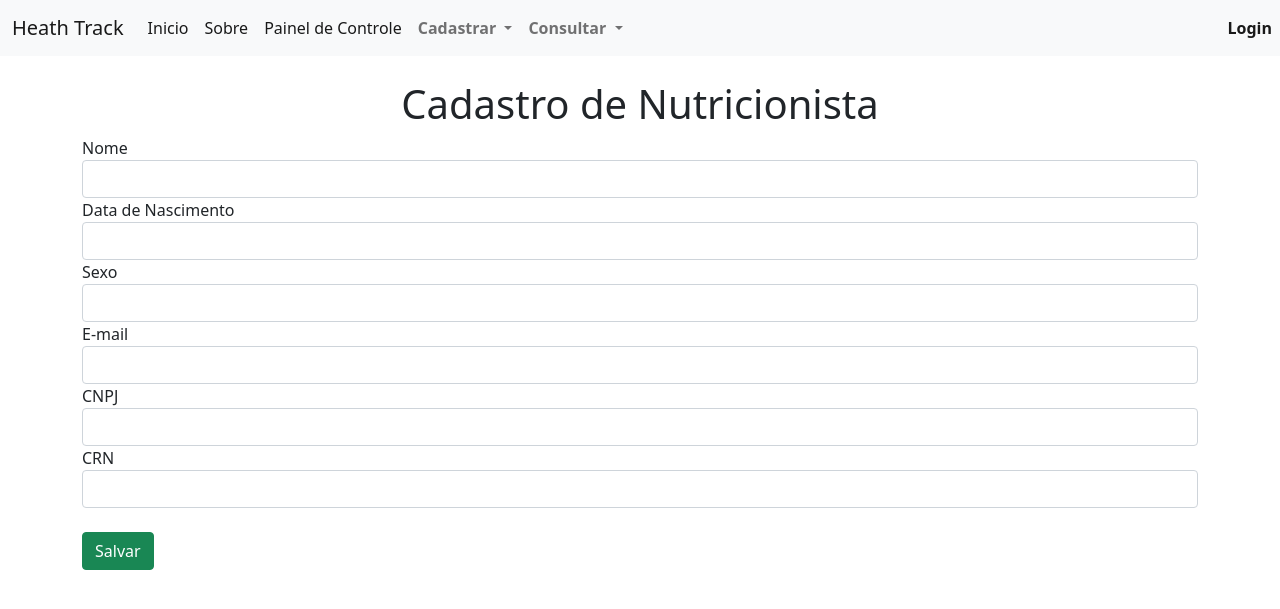
Repository: FellipySantos/HealthTrack_Finalizado
Page: http://localhost/JSPs/cadastro-treinador.jsp
These files come from the project's save history. The page is drawn as it stood at one moment and after the next save; the edit follows.
The browser window is 1280 px wide. The pictures show the whole page.
The page is served by Tomcat 9.

Above is the page before, as saved 2021-11-16 02:27:33.

After the next save:
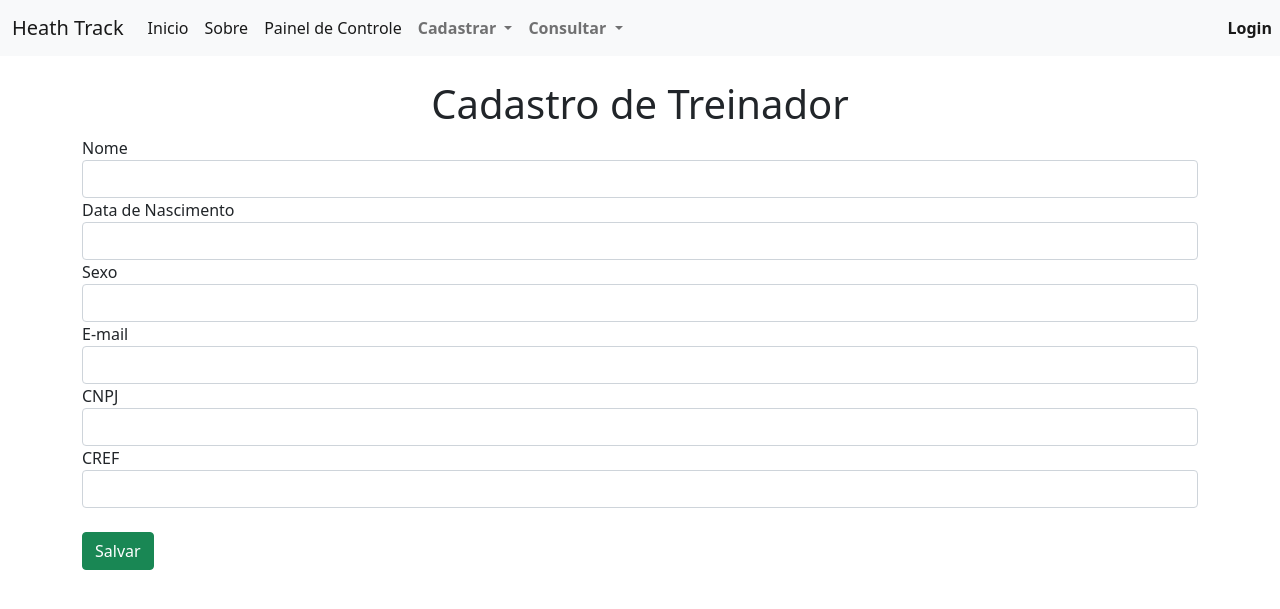
Saved 2 min 20 s later.
--- a/JSP/JSPs/WebContent/cadastro-treinador.jsp
+++ b/JSP/JSPs/WebContent/cadastro-treinador.jsp
@@ -5,21 +5,21 @@
 <html>
 <head>
 <meta http-equiv="Content-Type" content="text/html; charset=ISO-8859-1">
-<title>Cadastro de Nutricionista</title>
+<title>Cadastro de Treinador</title>
 <%@ include file="header.jsp" %>
 </head>
 <body>
 <%@ include file="menu.jsp" %>
 <div class="container">
     <br>
-	<h1><center>Cadastro de Nutricionista</center></h1>
+	<h1><center>Cadastro de Treinador</center></h1>
 	<c:if test="${not empty msg }">
 		<div class="alert alert-success">${msg}</div>
 	</c:if>
 	<c:if test="${not empty erro }">
 		<div class="alert alert-danger">${erro}</div>
 	</c:if>
-	<form action="nutri" method="post">
+	<form action="treinador" method="post">
 		<input type="hidden" value="cadastrar" name="acao">
 		<div class="form-group">
 			<label for="id-nome">Nome</label>
@@ -42,8 +42,8 @@
 			<input type="text" name="cnpj" id="id-cnpj" class="form-control">
 		</div>
 		<div class="form-group">
-			<label for="id-crn">CRN</label>
-			<input type="text" name="crn" id="id-crn" class="form-control">
+			<label for="id-cref">CREF</label>
+			<input type="text" name="cref" id="id-cref" class="form-control">
 		</div>
 
 		<br>
